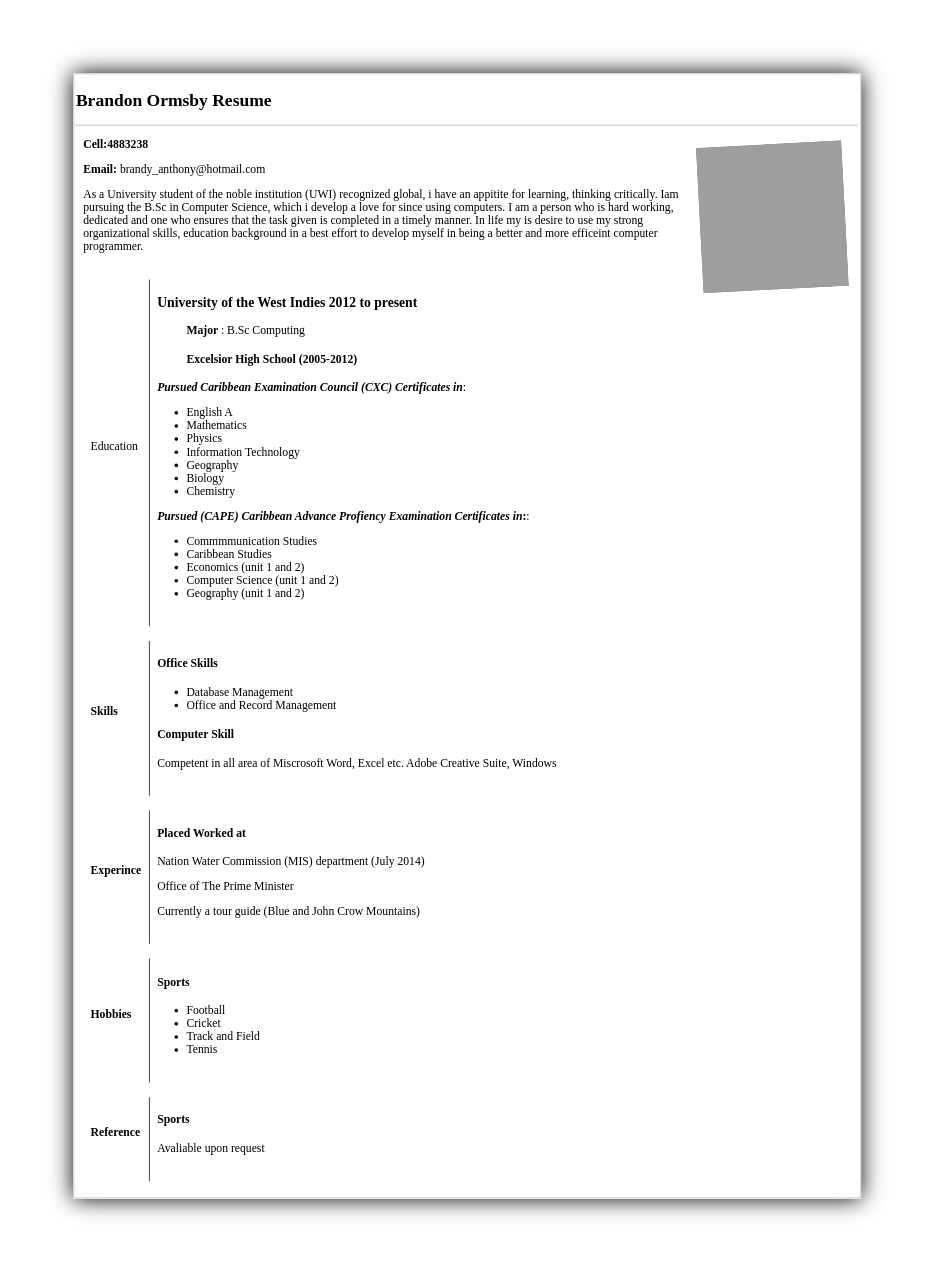
Repository: Brandy903/Web1
Page: webproject0/workspace/brandy.html
The author's editor kept a record of every edit. The page is drawn from the files as they stood at one moment, then again after the next edit.
The browser window is 1280 px wide. The pictures show the whole page, at 73% of full size.
Pictures or frames that could not be fetched are drawn as grey boxes.

Above is the page before.

### webproject0/workspace/brandy.html
<!DOCTYPE html>
<html>
<head>
	<link rel="stylesheet" type="text/css" href="style.css">

</head>
<body>


<h2> <strong>Brandon Ormsby Resume</strong></h2>
<hr />
<div id ="loc"> <img src=" https://encrypted-tbn3.gstatic.com/images?q=tbn:ANd9GcSRt8q1Ojf9YoUq58bSPQMEXZFHO_4fJqSwGO4AuRY6R_YbYgmo" />
<p><strong>Cell:4883238</strong></p>
<p><strong>Email:</strong> brandy_anthony@hotmail.com</p>
<p id = "wrp" >As a University student of the noble institution (UWI) recognized global, i have an appitite for
learning, thinking critically. Iam pursuing the B.Sc in Computer Science, which i develop a love for
since using computers. I am a person who is hard working, dedicated and one who ensures that the task
given is completed in a timely manner. In life my is desire to use my strong organizational skills, education
background in a best effort to develop myself in being a better and more efficeint computer programmer.</p>

</div>



<table>

<div>
<tr>
		<td class ="edu">
		<stong>Education</stong>
		</td>

		<td>
		<h3> University of the West Indies 2012 to present</h3>
		<ul>
			<l1> <strong> Major </strong>: B.Sc Computing </l1>
		</ul>
		<ul>
		<h4> Excelsior High School (2005-2012)</h4>
		</ul>
		<p> <strong><em> Pursued Caribbean Examination Council (CXC) Certificates in</em></strong>:</p>

		<ul>
			<li> English A</li>
			<li> Mathematics</li>
			<li> Physics</li>
			<li> Information Technology</li>
			<li> Geography</li>
			<li> Biology</li>
			<li> Chemistry</li>

		</ul>


		<p> <strong><em>Pursued (CAPE) Caribbean Advance Profiency Examination Certificates in</em>:</strong>:</p>
		<ul>

			<li> Commmmunication Studies</li>
			<li> Caribbean Studies</li>
			<li> Economics (unit 1 and 2)</li>
			<li> Computer Science (unit 1 and 2)</li>
			<li> Geography (unit 1 and 2)</li>


		</ul>

		</td>
		</tr>
		<tr>
		<td class ="edu">
		<strong>Skills</strong>
		</td>

		<td>
			<h4><strong> Office Skills</strong> </h4>
			<ul>
				<li>Database Management </li>
				<li>Office and Record Management </li>

			</ul>

			<h4><strong> Computer Skill</strong> </h4>

				<p> Competent in all area of Miscrosoft Word, Excel etc. Adobe Creative Suite, Windows </p>




		</td>

		<tr>

			<td class ="edu"> <strong>Experince</strong>

			</td>
			<td> <h4>Placed  Worked at</h4>
			<p>Nation Water Commission (MIS) department (July 2014)</p>
			<p> Office of The Prime Minister</p>
			<p>Currently a tour guide (Blue and John Crow Mountains)</p>
			</td>
		</tr>
		<tr>

			<td class ="edu"> <strong>Hobbies</strong>

			</td>
			<td> <h4>Sports</h4>
			<ul>
				<li>Football</li>
				<li>Cricket </li>
				<li>Track and Field </li>
				<li>Tennis </li>

			</ul>
			</td>
		</tr>
		<tr>

			<td class ="edu"> <strong>Reference</strong>

			</td>
			<td> <h4>Sports</h4>
			<p>Avaliable upon request</p>
			</td>
		</tr>






</div>
</table>


</body>
</html>

### webproject0/workspace/style.css
table{
    border-collapse: separate;
    border-spacing: 10px 20px;
}

#loc{
   margin: 10px;


}

body{
    margin: 100px;
    border: 2px solid #D8D8D8;
    padding:2px;
    box-shadow:0px 0px 30px #000;


}

img{
	float:right;
	height: 200px;
	width: 200px;
	transform:rotate(-3deg);
	right:10px;
	top:40px;
	border: 8px solid #FFFFFF;

}
.edu{
	border-right:0px;
    border-style:solid;
    border-top:0px;
    border-bottom:0px;
    border-left:0px;
}
#wrp{
    width:62em;
    max-width:81%;
    /*word-wrap: break-word;
    clear:right;*/
}
td{
    padding-left:10px;
    border-left: 1px solid #000;
    padding-bottom:20px;
}

After the next edit:
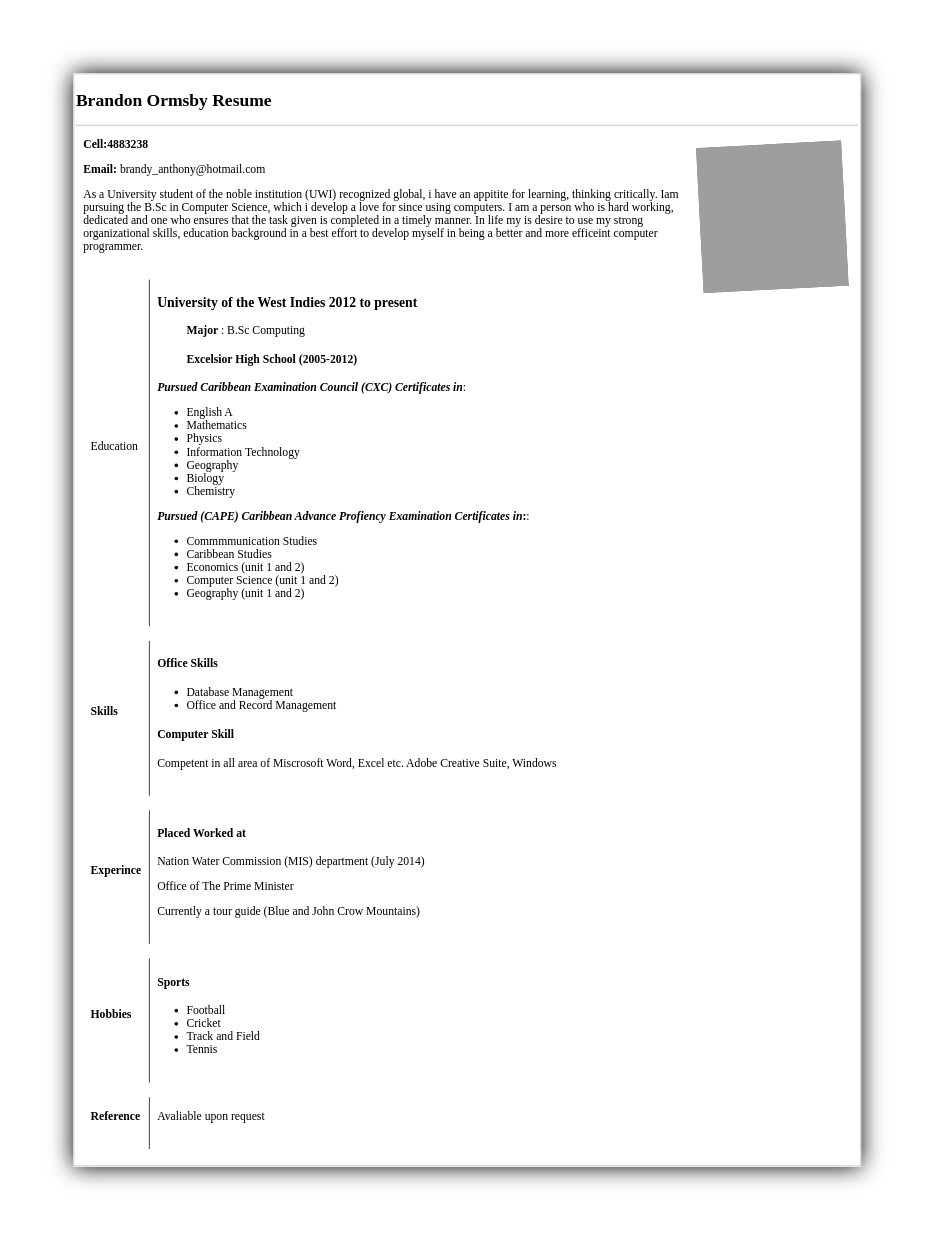
The edit:
--- a/webproject0/workspace/brandy.html
+++ b/webproject0/workspace/brandy.html
@@ -119,7 +119,7 @@
 			<td class ="edu"> <strong>Reference</strong>
 
 			</td>
-			<td> <h4>Sports</h4>
+			<td>
 			<p>Avaliable upon request</p>
 			</td>
 		</tr>
